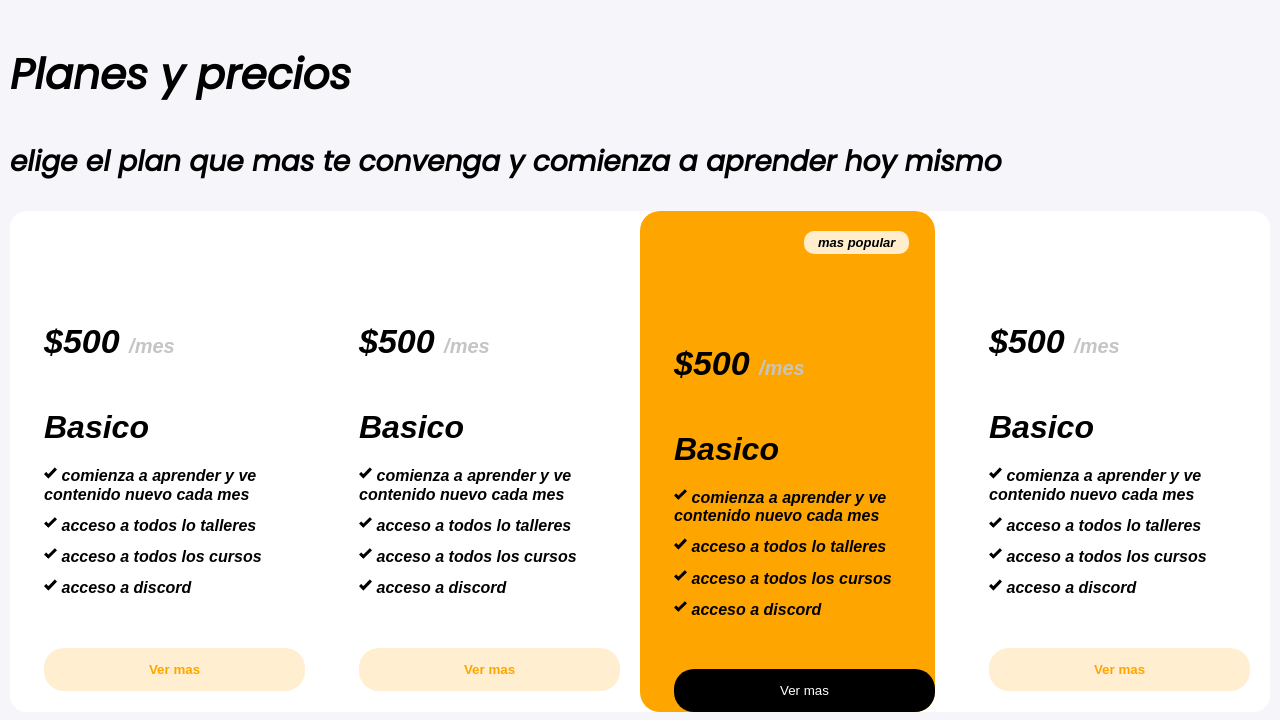
Repository: darkmantiz2/Tarjetas-planes
Page: index.html
The author's editor kept a copy of each file at every save. The page is drawn from the files as they stood at one save, then again after the next save.
The browser window is 1280 px wide. The pictures show the whole page.

Above is the page before, as saved 2022-01-11 10:51:18.

### index.html
<!DOCTYPE html>
<html lang="en">

<head>
  <meta charset="UTF-8">
  <meta http-equiv="X-UA-Compatible" content="IE=edge">
  <meta name="viewport" content="width=device-width, initial-scale=1.0">
  <link rel="preconnect" href="https://fonts.googleapis.com">
  <link rel="preconnect" href="https://fonts.gstatic.com" crossorigin>
  <link href="https://fonts.googleapis.com/css2?family=Poppins:ital,wght@0,600;0,700;1,400&display=swap"
    rel="stylesheet">
  <link rel="stylesheet" href="./css/index.css">
  <title>Cards Precios</title>
</head>

<body>
  <section class="cards">
    <div class="container">
      <h1 class="contaier-title">
        Planes y precios
      </h1>
      <p class="container-text1">
        elige el plan que mas te convenga y comienza a aprender hoy mismo
      </p>
      <section class="container-card">
        <div class="card">

          <p class="card-price"> $500 <span class="card-month"> /mes</span></p>
          <p class="card-plan">Basico</p>
          <p class="card-description"> <img class="card-icon" src="icons/png-transparent-computer-icons-check-mark-checkbox-palomita-angle-logo-check-mark.png" alt=""> comienza a aprender y ve contenido nuevo cada mes</p>
          <p class="card-item1"><img class="card-icon" src="icons/png-transparent-computer-icons-check-mark-checkbox-palomita-angle-logo-check-mark.png" alt="">  acceso a todos lo talleres</p>
          <p class="card-item2"><img class="card-icon" src="icons/png-transparent-computer-icons-check-mark-checkbox-palomita-angle-logo-check-mark.png" alt=""> acceso a todos los cursos</p>
          <p class="card-item3"><img class="card-icon" src="icons/png-transparent-computer-icons-check-mark-checkbox-palomita-angle-logo-check-mark.png" alt=""> acceso a discord</p>

          <button class="card-button"> Ver mas </button>
        </div>
        <div class="card">
          <p class="card-price"> $500 <span class="card-month"> /mes</span></p>
          <p class="card-plan">Basico</p>
          <p class="card-description"> <img class="card-icon" src="icons/png-transparent-computer-icons-check-mark-checkbox-palomita-angle-logo-check-mark.png" alt=""> comienza a aprender y ve contenido nuevo cada mes</p>
          <p class="card-item1"><img class="card-icon" src="icons/png-transparent-computer-icons-check-mark-checkbox-palomita-angle-logo-check-mark.png" alt="">  acceso a todos lo talleres</p>
          <p class="card-item2"><img class="card-icon" src="icons/png-transparent-computer-icons-check-mark-checkbox-palomita-angle-logo-check-mark.png" alt=""> acceso a todos los cursos</p>
          <p class="card-item3"><img class="card-icon" src="icons/png-transparent-computer-icons-check-mark-checkbox-palomita-angle-logo-check-mark.png" alt=""> acceso a discord</p>

          <button class="card-button"> Ver mas </button>
        </div>
        <div class="card card-orange">
          <label class="card-label">mas popular</label>
          <p class="card-price"> $500 <span class="card-month"> /mes</span></p>
          <p class="card-plan">Basico</p>
          <p class="card-description"> <img class="card-icon" src="icons/png-transparent-computer-icons-check-mark-checkbox-palomita-angle-logo-check-mark.png" alt=""> comienza a aprender y ve contenido nuevo cada mes</p>
          <p class="card-item1"><img class="card-icon" src="icons/png-transparent-computer-icons-check-mark-checkbox-palomita-angle-logo-check-mark.png" alt="">  acceso a todos lo talleres</p>
          <p class="card-item2"><img class="card-icon" src="icons/png-transparent-computer-icons-check-mark-checkbox-palomita-angle-logo-check-mark.png" alt=""> acceso a todos los cursos</p>
          <p class="card-item3"><img class="card-icon" src="icons/png-transparent-computer-icons-check-mark-checkbox-palomita-angle-logo-check-mark.png" alt=""> acceso a discord</p>

          <button class="card-button-orange"> Ver mas </button>
        </div>
        <div class="card">

          <p class="card-price"> $500 <span class="card-month"> /mes</span></p>
          <p class="card-plan">Basico</p>
          <p class="card-description"> <img class="card-icon" src="icons/png-transparent-computer-icons-check-mark-checkbox-palomita-angle-logo-check-mark.png" alt=""> comienza a aprender y ve contenido nuevo cada mes</p>
          <p class="card-item1"><img class="card-icon" src="icons/png-transparent-computer-icons-check-mark-checkbox-palomita-angle-logo-check-mark.png" alt="">  acceso a todos lo talleres</p>
          <p class="card-item2"><img class="card-icon" src="icons/png-transparent-computer-icons-check-mark-checkbox-palomita-angle-logo-check-mark.png" alt=""> acceso a todos los cursos</p>
          <p class="card-item3"><img class="card-icon" src="icons/png-transparent-computer-icons-check-mark-checkbox-palomita-angle-logo-check-mark.png" alt=""> acceso a discord</p>


          <button class="card-button"> Ver mas </button>
        </div>
      </section>




    </div>
  </section>
</body>

</html>

### css/index.css
:root {
  --black: #373737;
  --primary: #ff8e3c;
  --white: #ffffff;
  --grey: #848199;
  --red: #fa513a;
  --grey-2: #a3a3a3;
  --bg: #f5f5fa;
  --headline2: 600 1.75rem/normal Poppins;
  --headline3: 600 1.25rem/1.375rem Poppins;
  --button: 400 0.875rem/1rem Poppins;
  --headline1: 600 3.5rem/normal Poppins;
  --body1-regular: 400 1rem/1.5rem Poppins;
  --body1-bold: 700 1rem/1.5rem Poppins;
  --body2-bold: 700 0.875rem/1.5rem Poppins;
  --body2-regular: 400 0.875rem/1.5rem Poppins;
  --caption-regular: 400 0.75rem/1rem Poppins;
  --caption-bold: 600 0.75rem/1rem Poppins;

}

/*BODDY*/

body {
  color: var(--white);
  background-color: var(--primary);
  font: var(--headline2);
  background: var(--bg);
  font-style: italic;
  font-weight: bold;
}

.container {
  color: black;
}



.container-card {
  display: flex;
  justify-content: center;
  align-items: center;
  max-width: 1260px;
  width: 100%;
  background-color: white;
  border-radius: 16px;
  font-family: arial;
  font-weight: bold;
}

.card-month {
  font-size: 20px;
  color: #c5c5c5;
}

.cards {
  display: flex;
  justify-content: center;
  align-items: center;
}

.card-orange {
  background-color: orange;
  font-size: medium;
}


.card {
  align-items: flex-start;
  display: flex;
  justify-content: center;
  flex-direction: column;
  font-size: 18px;
  max-width: 334px;
  width: 100%;
  padding-left: 34px;
  border-radius: 20px;
  margin-right: 20px;
  font-size: medium;
}

.card-price {
  margin: 0;
  padding-bottom: 20px;
  padding-top: 90px;
  font-size: 34px;
}


.card-plan {
  margin: 0;
  padding-bottom: 18px;
  padding-top: 28px;
  font-size: xx-large;
  font-weight: bold;
}

.card-icon{
  width: 5%;
}

.card-description {
  margin: 0;
  padding-bottom: 10px;
}

.card-item1 {
  margin: 0;
  padding-bottom: 10px;
}

.card-item2 {
  margin: 0;
  padding-bottom: 10px;
}

.card-item3 {
  margin: 0;
  padding-bottom: 50px;
}

.card-button {
 width: 100%;
  padding: 14px 37px 14px 37px;
  background-color: #ffa50030;
  border-radius: 20px;
  border: none;
  color: orange;
  font-weight: bolder;

}

.card-button-orange {
  width: 100%;
  padding: 14px 37px 14px 37px;
  background-color: black;
  border-radius: 20px;
  color: var(--white);
  border: none;
}

.card-label{
  background-color: rgba(255, 255, 255, 0.801);
  margin-top: 20px;
  margin-left: 130px;
  padding: 4px 14px;
  border-radius: 10px;
  font-size: small;
}


.container {
  color: black;
}



.container-card {
  display: flex;
  justify-content: center;
  align-items: center;
  max-width: 1260px;
  width: 100%;
}

.card-month {
  font-size: 20px;
  color: #c5c5c5;
}

After the next save:
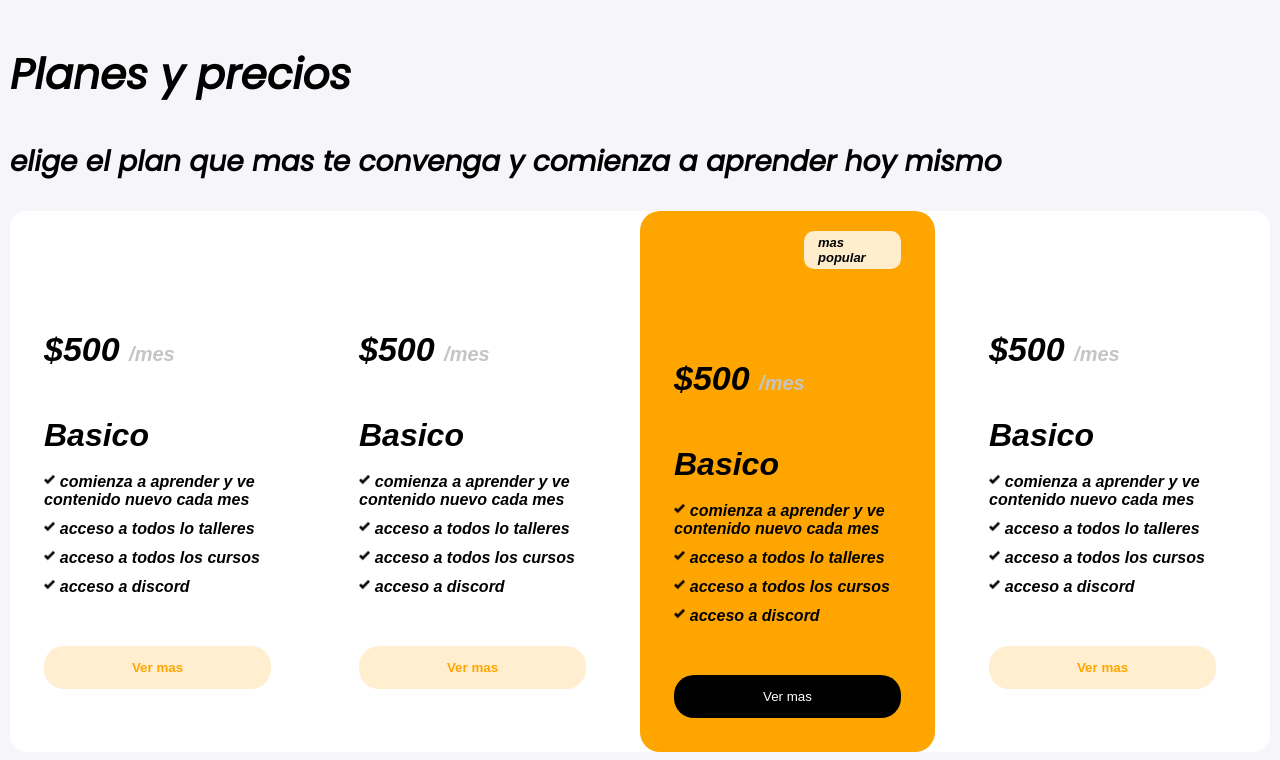
Saved 38 s later.
--- a/css/index.css
+++ b/css/index.css
@@ -73,7 +73,7 @@ body {
   font-size: 18px;
   max-width: 334px;
   width: 100%;
-  padding-left: 34px;
+  padding:0 34px 34px 34px;
   border-radius: 20px;
   margin-right: 20px;
   font-size: medium;
